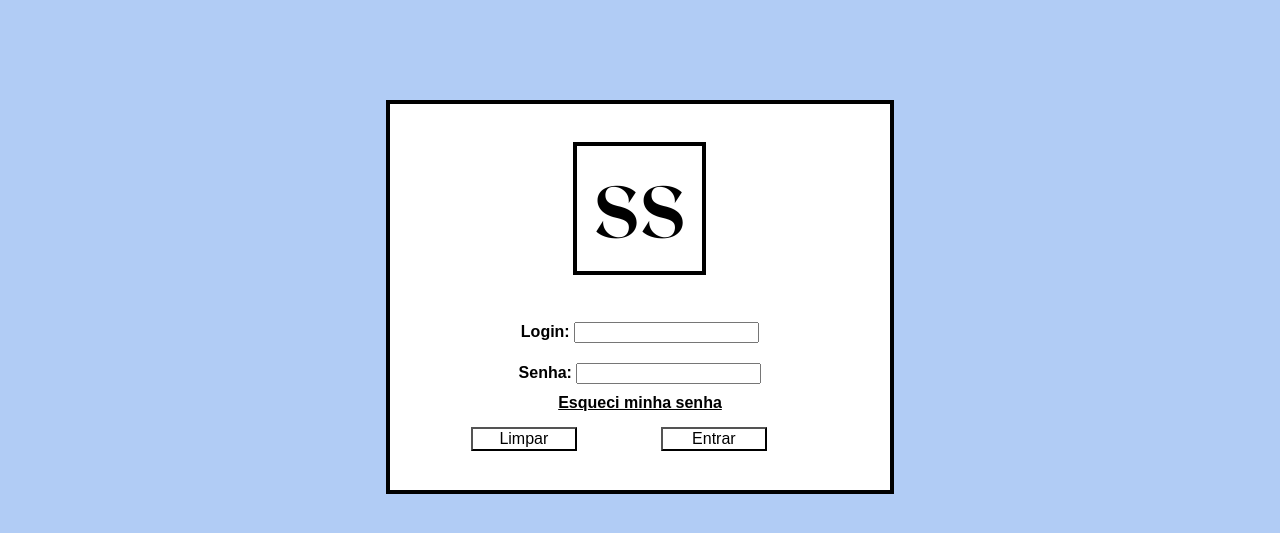
Repository: FaculdadeSenaiJoinville/PiMichelBaade
Page: ProjetoIndividual/WebContent/index.html
The author's editor kept a copy of each file at every save. The page is drawn from the files as they stood at one save, then again after the next save.
The browser window is 1280 px wide. The pictures show the whole page.

Above is the page before, as saved 2021-08-13 23:13:54.

### ProjetoIndividual/WebContent/index.html
<!DOCTYPE html>
<html lang="pt-br">
<head>
	<meta charset="UTF-8">
	<meta name="description" content="Site da Software dos Sonhos">
	<meta name="keywords" content="Padaria, Software, Sonhos">
	<meta name="author" content="Michel Baade">
	<meta name="viewport" content="width=device-width, initial-scale=1.0">
	<title>Software dos Sonhos</title>
	<link rel="stylesheet" type="text/css" href="css/site.css">
</head>
<body>
	<form name="frmlogin" method="post" action="#">
		<div id="logo"><img src="imgs/logo.png" alt="Logo da Software dos Sonhos"></div>
		<br>
		<div id="camposlogin">
		<label for="login">Login: </label>
		<input type="text" name="txtlogin" id="login"><br>
		<label for="senha">Senha: </label>
		<input type="password" name="txtsenha" id="senha"><br>
		<a>Esqueci minha senha</a><br>
		</div>
		<button type="reset">Limpar</button><button type="reset">Entrar</button>
	</form>
</body>
</html>

### ProjetoIndividual/WebContent/css/site.css
@charset "UTF-8";

body{
	width: 100%;
	margin: 0 auto;
	font-family: "Century Gothic", sans-serif;
	height: 100%;
	font-weight: bold;
	background-color: #b1ccf5;
}
img{
	border:4px solid #000;
	height: 125px;
	width: 125px;
}
form{
	border:4px solid #000;
	width: 33%;
	margin: 100px auto;
	height: 33%;
	padding: 3%;
	background-color: #FFF;
}
#logo{
	text-align: center;
}
#camposlogin{
	margin: 15px;
	text-align: center;
}
a{
	text-decoration: underline;
}
button {
	width: 25%;
	font-size: 16px;
	margin: 0 10%;
	background-color: #FFF;
}

input{
	margin: 10px auto;
}

nav{
	clear: both;
	width: 100%;
	margin: 0px auto;
	height: 55px;
	background-color: #66ccff;
}
nav a{
	color: white;
	text-decoration: none;
	text-align: center;
}
nav .opcao{
	float: left;
	width: 33%;
	background-color: #FFF;
	padding: 10px 0;
	margin: 0 1%;
	font-size: 26px;
}
nav .opcao:hover{
	background-color: #83afd3;
}
div #logomenor{
	float: left;
	height: 55px;
	width: 55px;
}

After the next save:
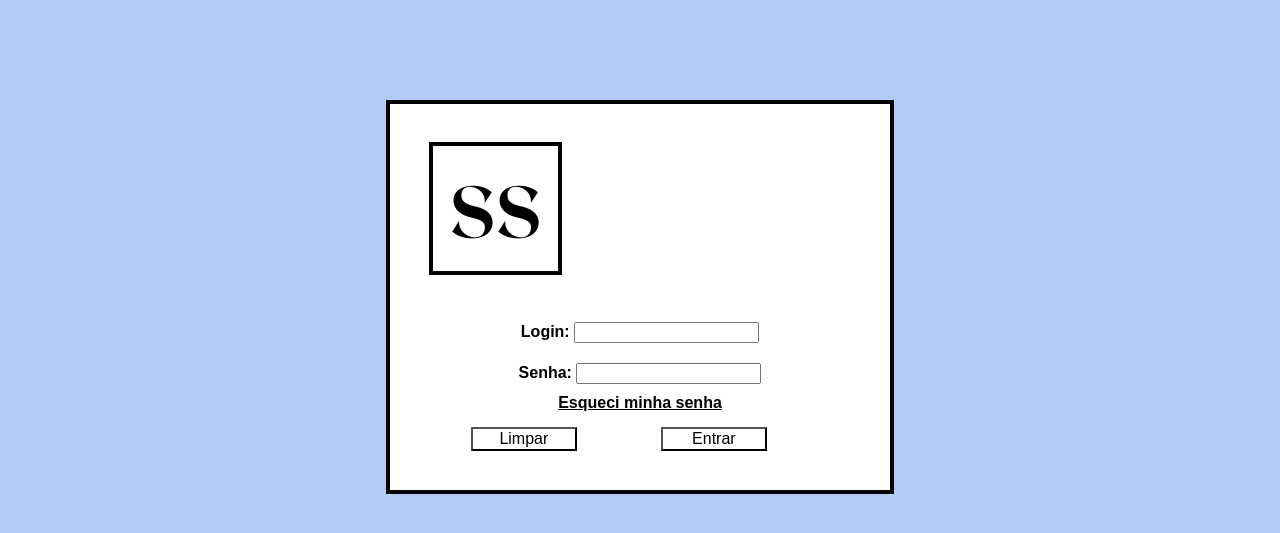
Saved 2 min 28 s later.
--- a/ProjetoIndividual/WebContent/index.html
+++ b/ProjetoIndividual/WebContent/index.html
@@ -11,7 +11,7 @@
 </head>
 <body>
 	<form name="frmlogin" method="post" action="#">
-		<div id="logo"><img src="imgs/logo.png" alt="Logo da Software dos Sonhos"></div>
+		<div ><img src="imgs/logo.png" alt="Logo da Software dos Sonhos" id="logo"></div>
 		<br>
 		<div id="camposlogin">
 		<label for="login">Login: </label>
